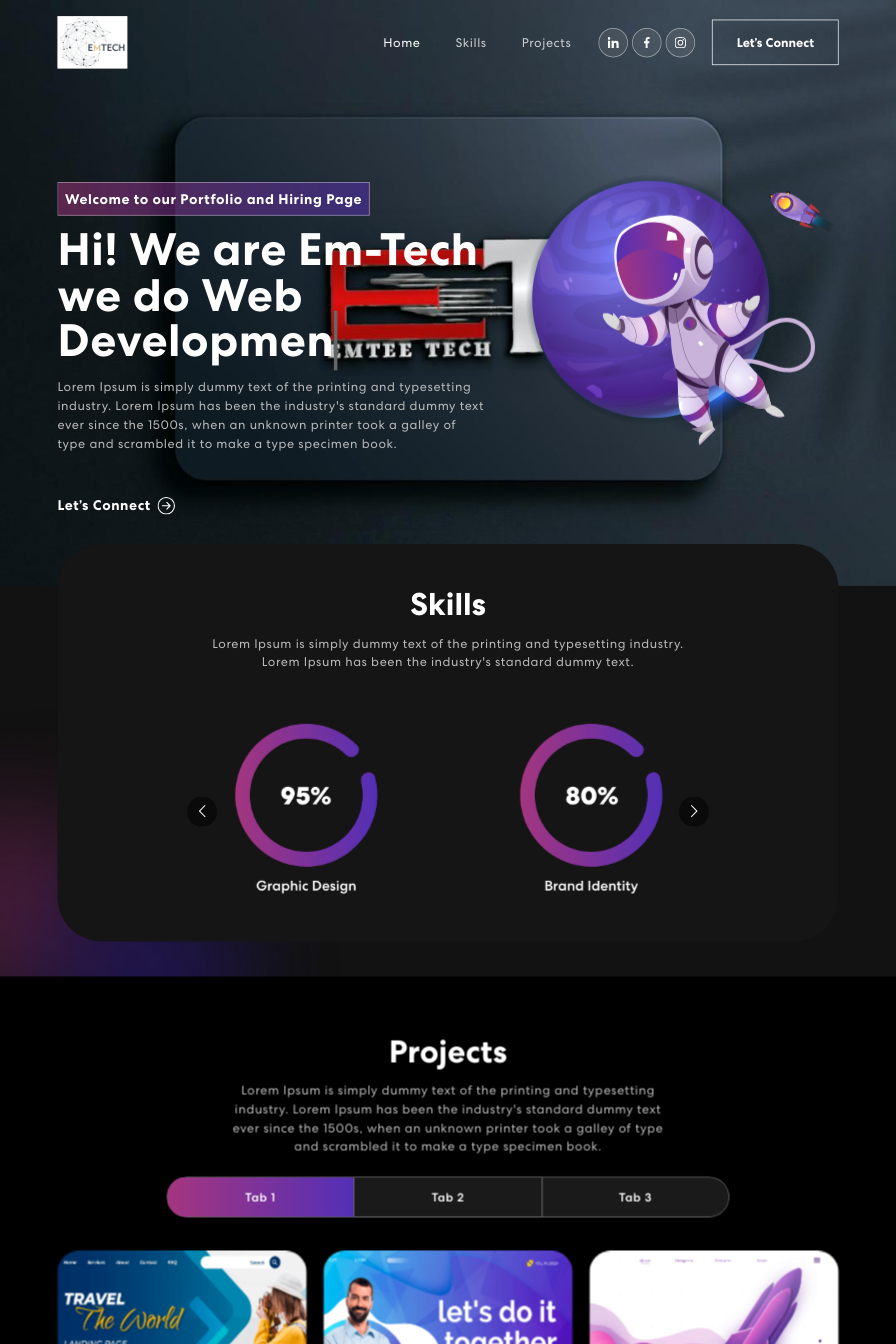
Repository: EmmanuelKeifala/emtee
Page: /
An editor plug-in stored every save of this project. The page is shown before and after the next save, followed by the edit.
The browser window is 1280 px wide. The pictures show the part of the page from y = 0 to 1920 px (the page is 3404 px tall), at 70% of full size.
The project was rebuilt for these pictures with package versions that can differ from the ones it lists, and the page was loaded fresh each time. Some packages were replaced by stand-ins written for this rebuild.

Above is the page before, as saved 2022-09-29 20:38:51.

After the next save:
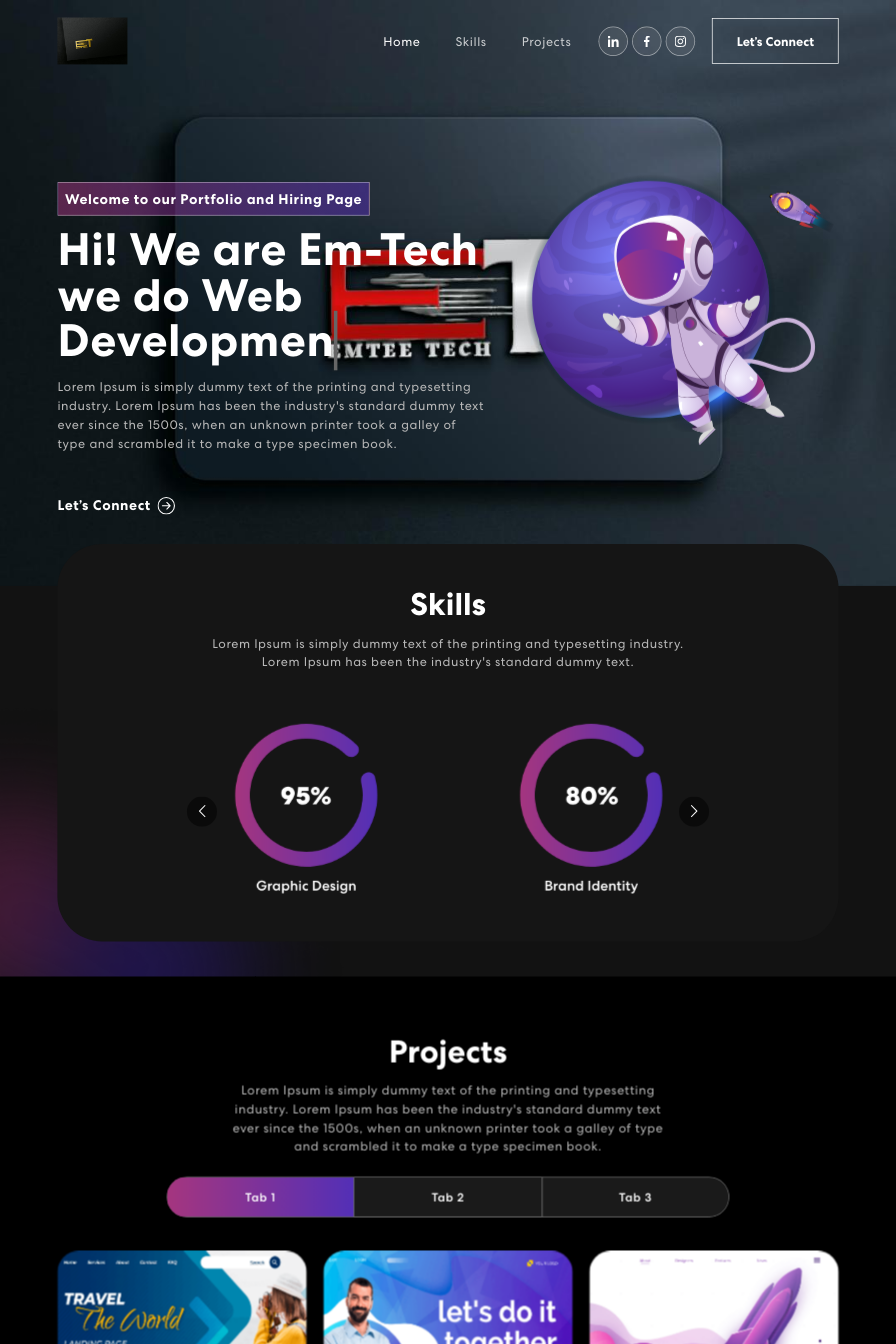
Saved 18 min 2 s later.
--- a/src/Components/Navbar.jsx
+++ b/src/Components/Navbar.jsx
@@ -1,6 +1,6 @@
 import React, { useState, useEffect } from "react";
 import { Navbar, Container, Nav } from "react-bootstrap";
-import logo from "../assets/img/emtech.jpeg";
+import logo from "../assets/img/lo.jpeg";
 import navIcon1 from "../assets/img/nav-icon1.svg";
 import navIcon2 from "../assets/img/nav-icon2.svg";
 import navIcon3 from "../assets/img/nav-icon3.svg";
